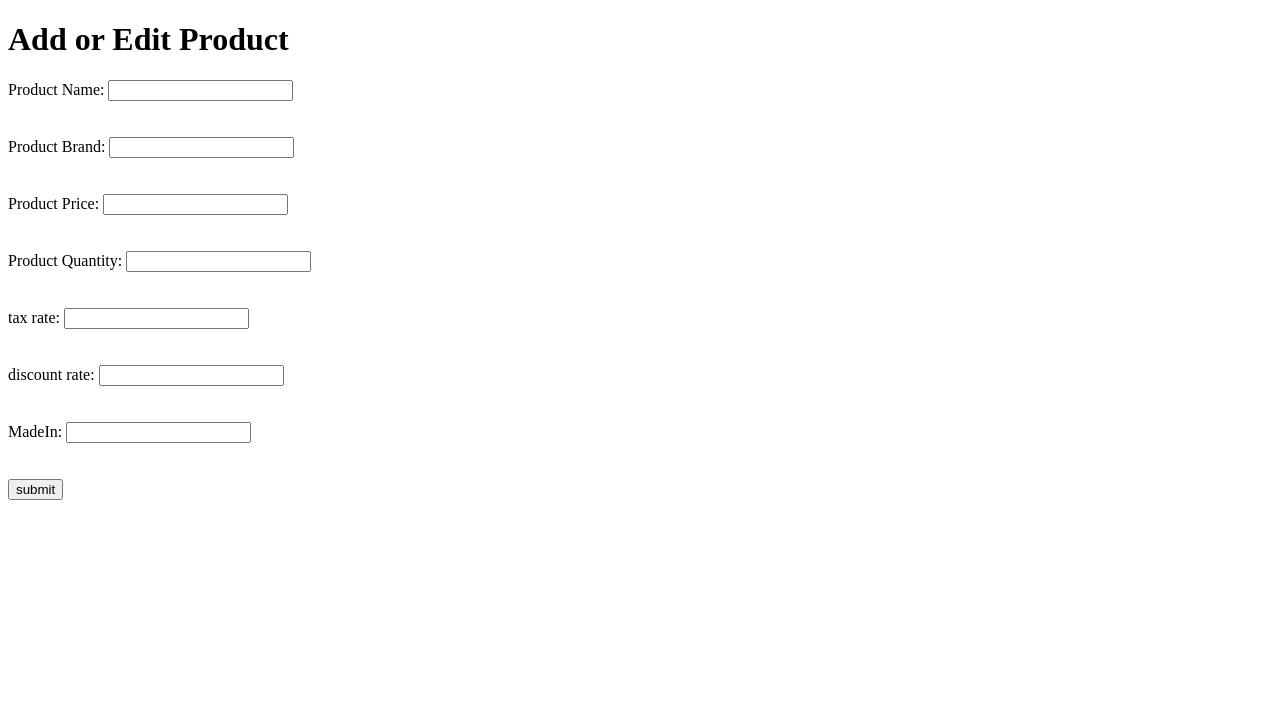
Repository: Nikhilsahu-16/SpringBootProject
Page: http://localhost/product
An editor plug-in stored every save of this project. The page is shown before and after the next save, followed by the edit.
The browser window is 1280 px wide. The pictures show the whole page.
The page is this project's Thymeleaf template; nobody is signed in. The template is opened directly, without the code that normally fills it, so the values that code supplies are empty.

Above is the page before, as saved 2024-12-21 10:10:40.

After the next save:
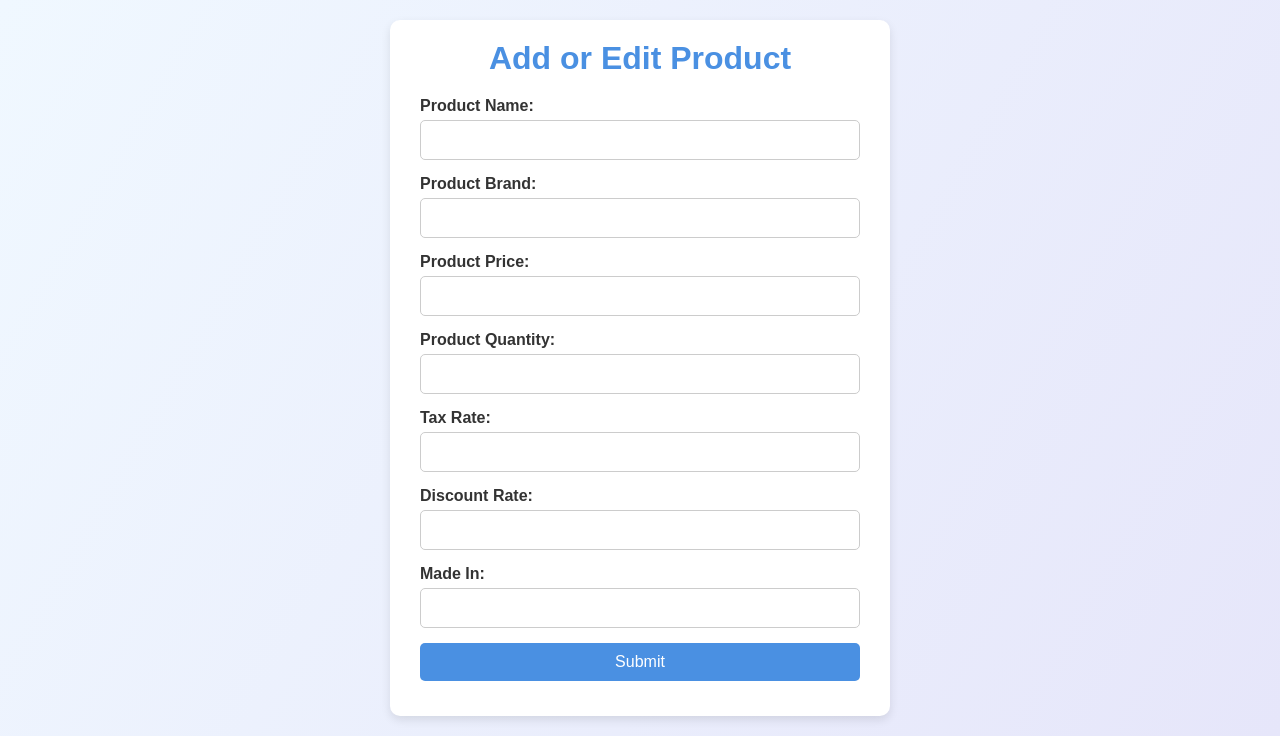
Saved 7 h 11 min later.
--- a/SpringBootMvc-2/src/main/resources/templates/product.html
+++ b/SpringBootMvc-2/src/main/resources/templates/product.html
@@ -1,46 +1,124 @@
+<!DOCTYPE html>
+<html xmlns:th="http://www.thymeleaf.org" lang="en">
+<head>
+    <meta charset="UTF-8">
+    <meta name="viewport" content="width=device-width, initial-scale=1.0">
+    <title>Product Form</title>
+    <style>
+        /* General Reset */
+        * {
+            margin: 0;
+            padding: 0;
+            box-sizing: border-box;
+        }
 
-<!DOCTYPE html>
-<html xmlns:th="http://www.thymeleaf.org">
-<head>
-    <title>Product Form</title>
+        body {
+            font-family: 'Arial', sans-serif;
+            background: linear-gradient(120deg, #f0f8ff, #e6e6fa);
+            color: #333;
+            display: flex;
+            justify-content: center;
+            align-items: center;
+            min-height: 100vh;
+            padding: 20px;
+        }
+
+        h1 {
+            text-align: center;
+            margin-bottom: 20px;
+            color: #4a90e2;
+        }
+
+        form {
+            background: #fff;
+            padding: 20px 30px;
+            border-radius: 10px;
+            box-shadow: 0 4px 10px rgba(0, 0, 0, 0.1);
+            max-width: 500px;
+            width: 100%;
+        }
+
+        form div {
+            margin-bottom: 15px;
+        }
+
+        label {
+            display: block;
+            margin-bottom: 5px;
+            font-weight: bold;
+            color: #333;
+        }
+
+        input {
+            width: 100%;
+            padding: 10px;
+            border: 1px solid #ccc;
+            border-radius: 5px;
+            font-size: 1rem;
+        }
+
+        input:focus {
+            border-color: #4a90e2;
+            outline: none;
+            box-shadow: 0 0 5px rgba(74, 144, 226, 0.5);
+        }
+
+        button {
+            background: #4a90e2;
+            color: #fff;
+            border: none;
+            padding: 10px 15px;
+            border-radius: 5px;
+            font-size: 1rem;
+            cursor: pointer;
+            width: 100%;
+            transition: background 0.3s ease;
+        }
+
+        button:hover {
+            background: #357abd;
+        }
+
+        @media (max-width: 768px) {
+            form {
+                padding: 20px;
+            }
+        }
+    </style>
 </head>
 <body>
-    <h1>Add or Edit Product</h1>
     <form th:action="@{/saveProduct}" th:method="post">
-
+        <h1>Add or Edit Product</h1>
         <div>
             <label for="productName">Product Name:</label>
-            <input type="text" id="productName" name="productName"  required>
-        </div><br><br>
+            <input type="text" id="productName" name="productName" required>
+        </div>
         <div>
             <label for="productBrand">Product Brand:</label>
-            <input type="text" id="productBrand" name="productBrand"  required>
-        </div><br><br>
+            <input type="text" id="productBrand" name="productBrand" required>
+        </div>
         <div>
             <label for="productPrice">Product Price:</label>
             <input type="number" id="productPrice" name="productPrice" required>
-        </div><br><br>
+        </div>
         <div>
             <label for="productQuantity">Product Quantity:</label>
-            <input type="number" id="productQuantity" name="productQuantity"  required>
-        </div><br><br>
-           <div>
-            <label for="taxRate">tax rate:</label>
-            <input type="number" id="taxRate" name="taxRate"  required>
-        </div><br><br>
-         <div>
-            <label for="discountRate">discount rate:</label>
-            <input type="number" id="discountRate" name="discountRate"  required>
-        </div><br><br>
-          <div>
-            <label for=" productMadein">MadeIn:</label>
-            <input type="text" id=" productMadeIn" name="productMadeIn"  required>
-        </div><br><br>
-
-
-
+            <input type="number" id="productQuantity" name="productQuantity" required>
+        </div>
         <div>
-            <button type="submit" value="submit">submit</button>
+            <label for="taxRate">Tax Rate:</label>
+            <input type="number" id="taxRate" name="taxRate" required>
+        </div>
+        <div>
+            <label for="discountRate">Discount Rate:</label>
+            <input type="number" id="discountRate" name="discountRate" required>
+        </div>
+        <div>
+            <label for="productMadeIn">Made In:</label>
+            <input type="text" id="productMadeIn" name="productMadeIn" required>
+        </div>
+        <div>
+            <button type="submit">Submit</button>
         </div>
     </form>
 </body>
